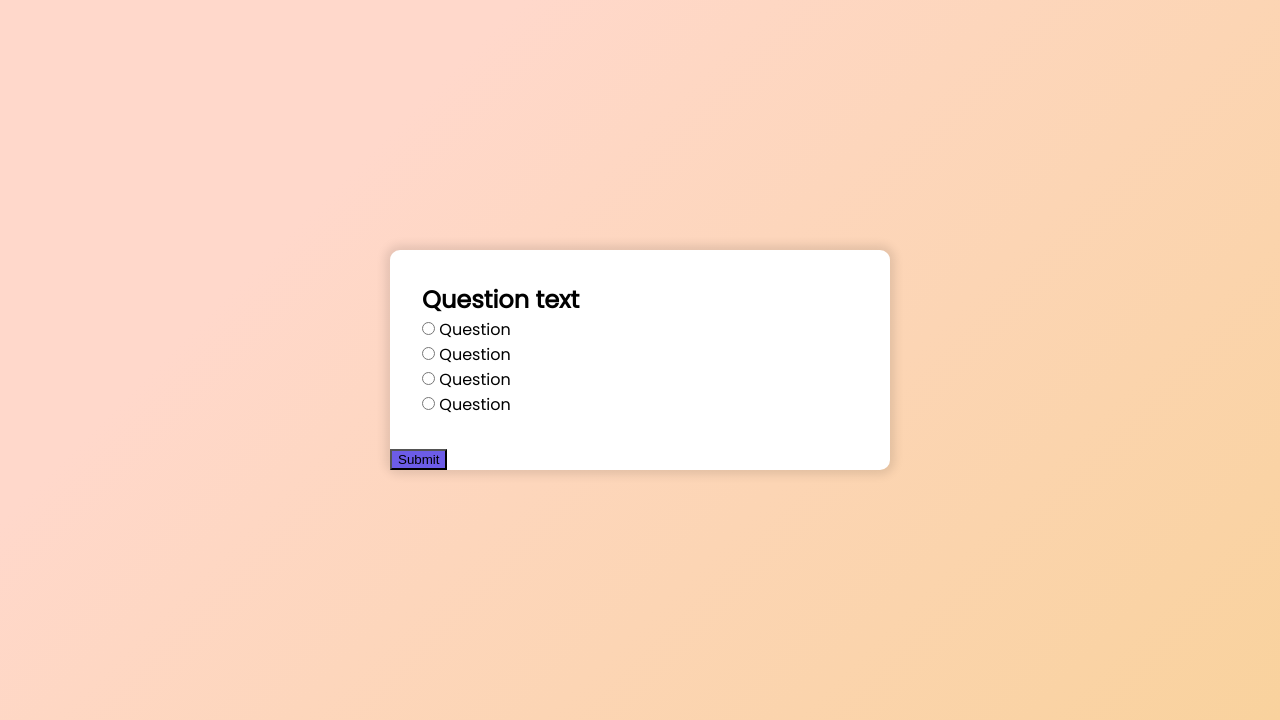
Repository: PratypartyY2K/JavaScript-Projects
Page: Quiz-App/index.html
The author's editor kept a copy of each file at every save. The page is drawn from the files as they stood at one save, then again after the next save.
The browser window is 1280 px wide. The pictures show the whole page.

Above is the page before, as saved 2021-07-04 09:23:23.

After the next save:
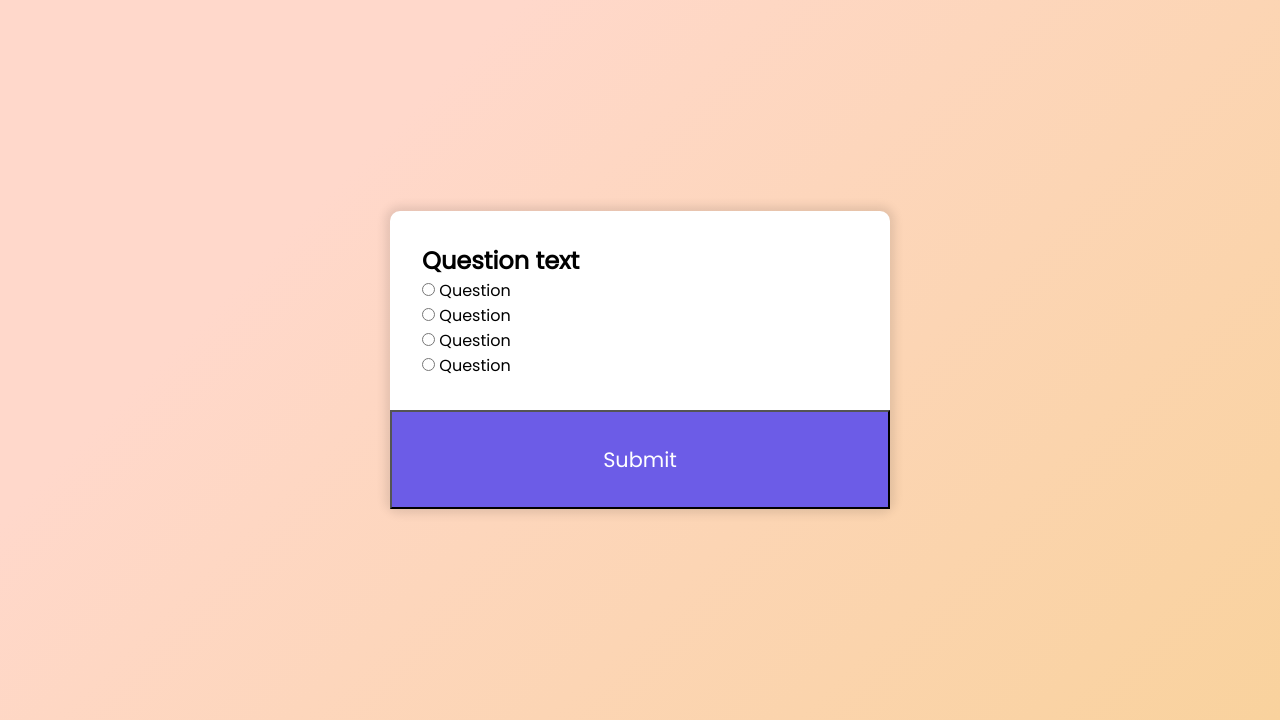
Saved 89 s later.
--- a/Quiz-App/styles.css
+++ b/Quiz-App/styles.css
@@ -35,4 +35,9 @@ ul {
 button {
     background-color: #6c5ce7;
     display: block;
+    color: white;
+    font-family: inherit;
+    font-size: 1.3rem;
+    width: 100%;
+    padding: 2rem;
 }
